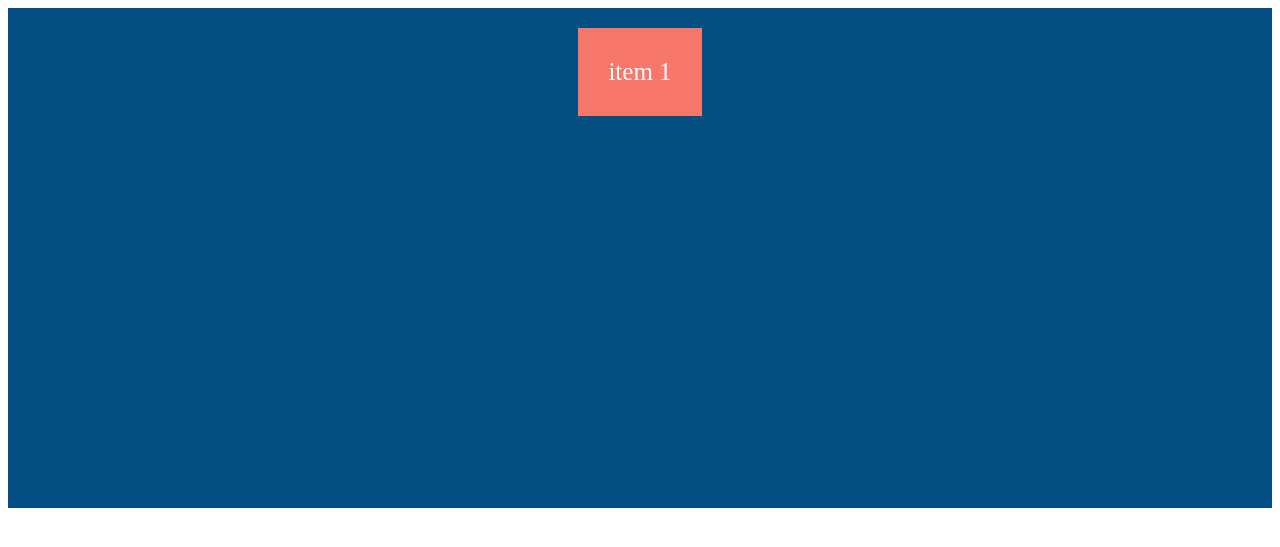
Repository: mehmetbuber38/flex
Page: flex-margin.html
These files come from the project's save history. The page is drawn as it stood at one moment and after the next save; the edit follows.
The browser window is 1280 px wide. The pictures show the whole page.

Above is the page before, as saved 2022-01-31 21:32:20.

After the next save:
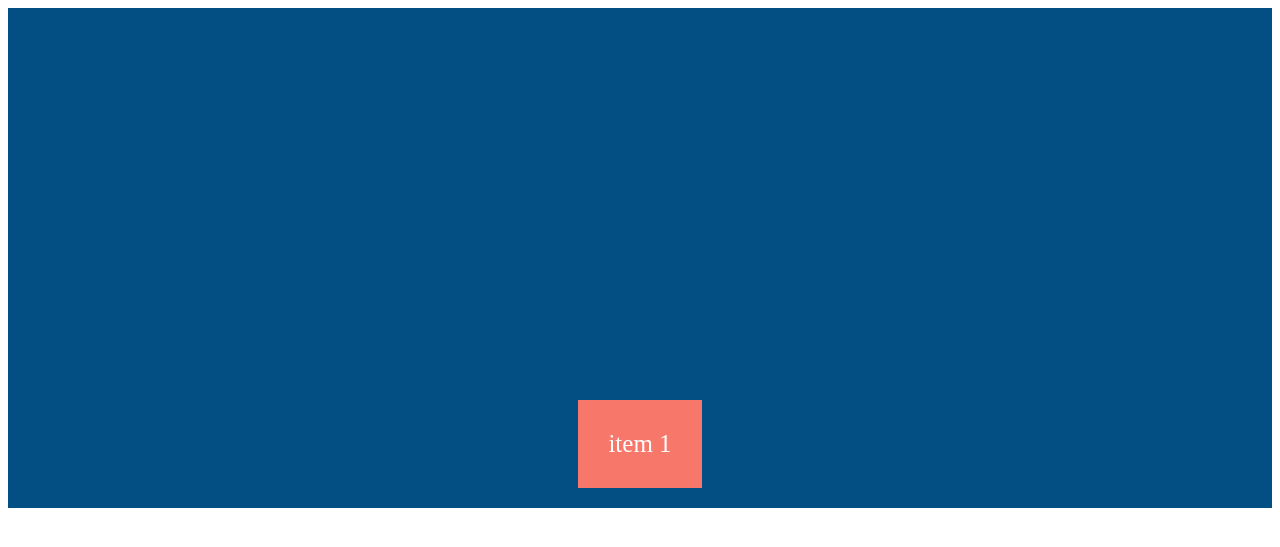
Saved 9 s later.
--- a/flex-margin.html
+++ b/flex-margin.html
@@ -26,8 +26,8 @@
         color: #fff;
         font-size: 25px;
         /* margin: auto; */
-        /* margin-top: auto; */
-        margin-bottom: auto;
+        margin-top: auto;
+        /* margin-bottom: auto; */
     }
 </style>
 
